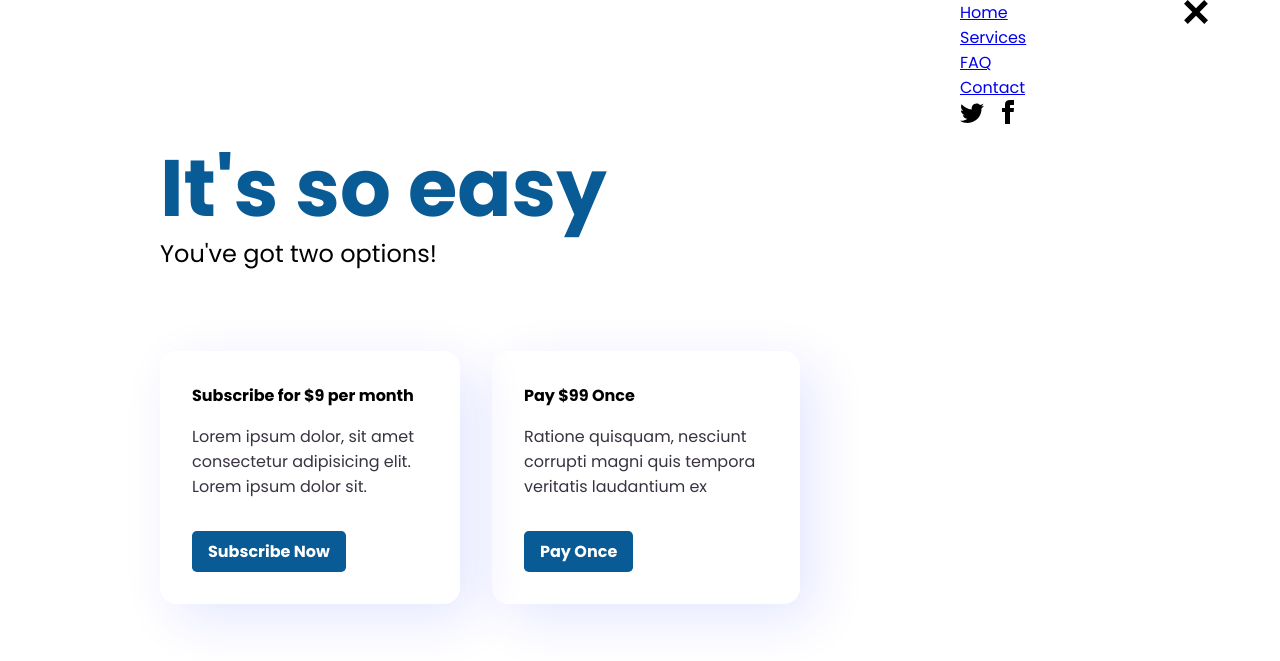
Repository: Hyperion72R/Animated-Navigation
Page: index.html
These files come from the project's save history. The page is drawn as it stood at one moment and after the next save; the edit follows.
The browser window is 1280 px wide. The pictures show the whole page.
The style sheet was rebuilt from its Sass, Less or Tailwind sources for each picture, by a compiler version that may differ from the author's.

Above is the page before, as saved 2021-08-29 00:08:41.

### index.html
<!DOCTYPE html>
<html lang="en">
  <head>
    <meta charset="UTF-8" />
    <meta http-equiv="X-UA-Compatible" content="IE=edge" />
    <meta name="viewport" content="width=device-width, initial-scale=1.0" />
    <title>Document</title>
    <link rel="stylesheet" href="css/main.css" />
  </head>
  <body>
    <header>
      <a href="#" class="logo">awesomeservice</a>

      <nav>
        <ul>
          <li><a href="#">Home</a></li>
          <li><a href="#">Services</a></li>
          <li><a href="#">FAQ</a></li>
          <li class="active"><a href="#">Become a member</a></li>
        </ul>
      </nav>
    </header>

    <section>
      <h1>Go Big or Go Home</h1>
    </section>

    <div class="overlay">
      <div class="left">
        <h2>It's so easy</h2>
        <p class="subhead">You've got two options!</p>

        <div class="cards">
          <div class="card">
            <strong>Subscribe for $9 per month</strong>
            <p>
              Lorem ipsum dolor, sit amet consectetur adipisicing elit. Lorem
              ipsum dolor sit.
            </p>
            <a href="#" class="cta">Subscribe Now</a>
          </div>

          <div class="card">
            <strong>Pay $99 Once</strong>
            <p>
              Ratione quisquam, nesciunt corrupti magni quis tempora veritatis
              laudantium ex
            </p>
            <a href="#" class="cta pay-once">Pay Once</a>
          </div>
        </div>
      </div>

      <div class="middle">
        <ul class="secondary">
          <li><a href="#">Home</a></li>
          <li><a href="#">Services</a></li>
          <li><a href="#">FAQ</a></li>
          <li><a href="#">Contact</a></li>
        </ul>

        <div class="social-nav">
          <a href="" class="twitter"
            ><svg
              xmlns="http://www.w3.org/2000/svg"
              width="32"
              height="32"
              viewBox="0 -1.15 32 32"
            >
              <path
                d="M24 4.557c-.883.392-1.832.656-2.828.775 1.017-.609 1.798-1.574 2.165-2.724-.951.564-2.005.974-3.127 1.195-.897-.957-2.178-1.555-3.594-1.555-3.179 0-5.515 2.966-4.797 6.045-4.091-.205-7.719-2.165-10.148-5.144-1.29 2.213-.669 5.108 1.523 6.574-.806-.026-1.566-.247-2.229-.616-.054 2.281 1.581 4.415 3.949 4.89-.693.188-1.452.232-2.224.084.626 1.956 2.444 3.379 4.6 3.419-2.07 1.623-4.678 2.348-7.29 2.04 2.179 1.397 4.768 2.212 7.548 2.212 9.142 0 14.307-7.721 13.995-14.646.962-.695 1.797-1.562 2.457-2.549z"
              /></svg
          ></a>
          <a href="" class="facebook"
            ><svg
              xmlns="http://www.w3.org/2000/svg"
              width="32"
              height="32"
              viewBox="0 0 32 32"
            >
              <path
                d="M9 8h-3v4h3v12h5v-12h3.642l.358-4h-4v-1.667c0-.955.192-1.333 1.115-1.333h2.885v-5h-3.808c-3.596 0-5.192 1.583-5.192 4.615v3.385z"
              /></svg
          ></a>
        </div>
      </div>

      <div class="right">
        <svg
          class="exit"
          xmlns="http://www.w3.org/2000/svg"
          width="58"
          height="58"
          viewBox="0 0 58 58"
        >
          <path
            d="M24 20.188l-8.315-8.209 8.2-8.282-3.697-3.697-8.212 8.318-8.31-8.203-3.666 3.666 8.321 8.24-8.206 8.313 3.666 3.666 8.237-8.318 8.285 8.203z"
          />
        </svg>
      </div>
    </div>
  </body>
</html>

### css/main.scss
@import url("https://fonts.googleapis.com/css2?family=Poppins:ital,wght@0,400;0,500;0,600;0,700;0,800;0,900;1,400;1,500;1,600;1,700;1,800;1,900&display=swap");

*,
*:before,
*::after {
  box-sizing: border-box;
}

body::after {
  content: "";
  display: block;
  width: 100%;
  //   height: 108%;
  height: 100%;
  //   background-color: rgba(51, 51, 51, 0.5);
  background: rgba(38, 73, 91, 0.8);

  position: absolute;
  top: 0;
  left: 0;
  right: 0;
  bottom: 0;
  z-index: -10;
}

body {
  height: 100vh;
  //   background: #8000ff url("../assets/images/bg.jpg");
  //   background: linear-gradient(rgba(4, 230, 168, 0.8), rgba(44, 189, 230, 0.8)),
  //     url("../assets/images/bg.jpg");
  background: url("../assets/images/bg.jpg");
  //   object-fit: scale-down;
  background-size: cover;
  color: white;
  font-family: "Poppins";
  margin: 0;
  //   background-position: center;
  //   padding: 0;
  //   overflow: hidden;
  background-repeat: no-repeat;
}

ul {
  list-style-type: none;
  margin: 0;
  padding: 0;
}

section,
header {
  width: 70%;
  margin: 0 auto;
}

// .social-nav,
// .right {
//   display: none;
// }

header {
  display: flex;
  justify-content: space-between;
  align-items: center;

  a {
    color: white;
    text-decoration: none;
    padding: 2em;
  }

  a.logo {
    font-weight: bold;
    font-size: 1.25rem;
    padding: 0;
  }

  nav ul {
    display: flex;

    a {
      padding: 2.5em 1.5em;
      display: block;
    }

    li.active a {
      font-weight: bold;
      background: white;
      color: black;
      margin-left: 2em;
      padding: 2.5em;
    }
  }
}

h1 {
  font-size: 4rem;
  width: 40%;
  line-height: 5rem;
  // margin-left: 1.2em;
  margin-left: 2em;
  margin-top: 2.8em;
  // margin-top: 1.4em;
}

//  Overlay

.overlay {
  position: fixed;
  height: 100vh;
  background: white;
  top: 0;
  left: 0;
  width: 100%;
  display: grid;
  grid-template-columns: 75% auto 6em;
}

.left,
.right,
.middle {
  height: 100vh;
}

h2 {
  color: #085b95;
  font-size: 5rem;
  margin: 0;
}

.left {
  padding: 8em 10em;

  p.subhead {
    color: black;
    font-size: 1.5rem;
    margin-top: -0.5em;
  }
}

.cards {
  display: flex;
  margin-top: 5em;

  .card {
    padding: 2em;
    box-shadow: 15px 15px 53px rgba(0, 38, 255, 0.11);
    border-radius: 1em;
    // margin-right: 2em;

    strong {
      color: black;
    }

    p {
      color: #393241;
    }

    &:nth-of-type(2) {
      margin-left: 2em;
    }

    .cta {
      padding: 0.5em 1em;
      border-radius: 0.3em;
      text-decoration: none;
      background: #085b95;
      margin-top: 1em;
      display: inline-block;
      color: white;
      font-weight: bold;
    }
  }
}

After the next save:
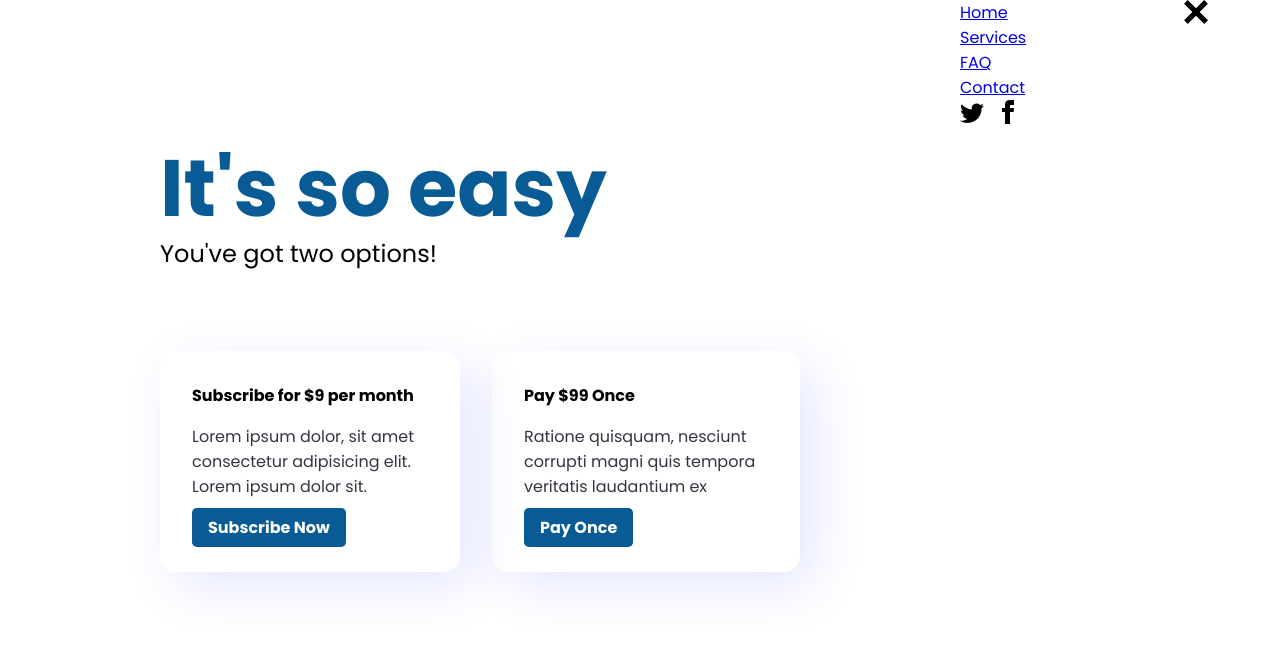
Saved 8 s later.
--- a/css/main.scss
+++ b/css/main.scss
@@ -165,7 +165,7 @@
       text-decoration: none;
       background: #085b95;
       margin-top: 1em;
-      display: inline-block;
+      // display: inline-block;
       color: white;
       font-weight: bold;
     }

After the 3 saves that followed:
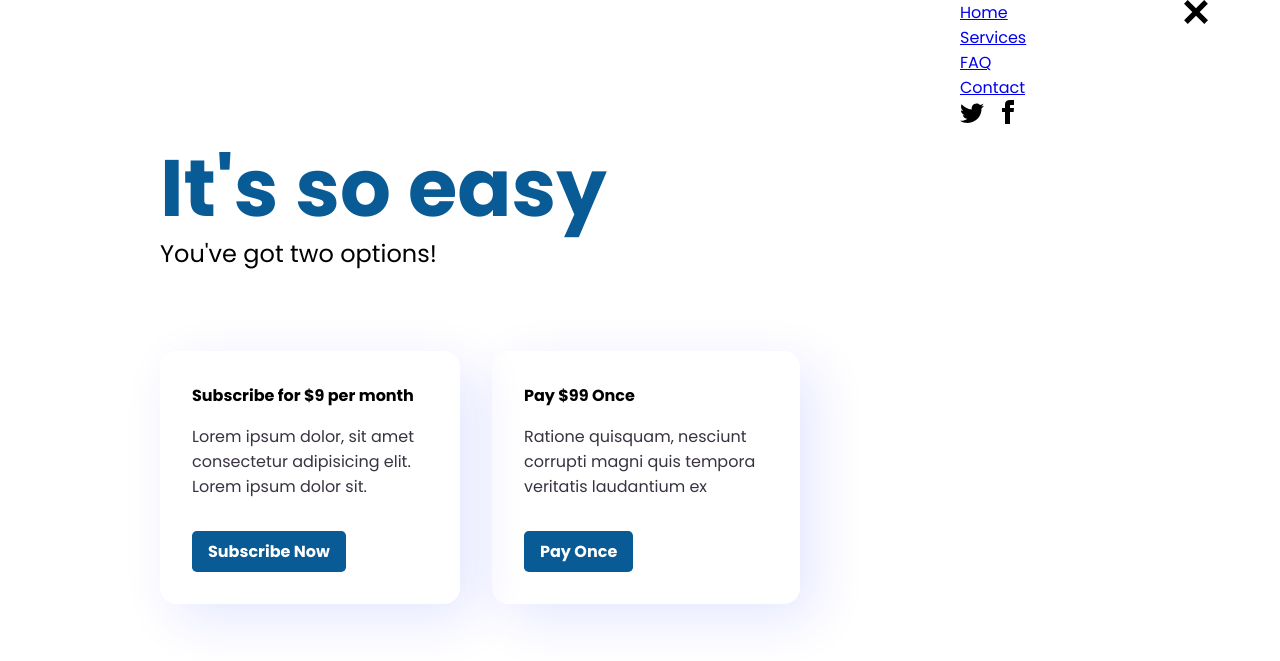
The 3 saves are shown as one change because 1 left the picture as it was and some came seconds apart.
The last was saved 15 s later.
--- a/css/main.scss
+++ b/css/main.scss
@@ -165,7 +165,7 @@
       text-decoration: none;
       background: #085b95;
       margin-top: 1em;
-      // display: inline-block;
+      display: inline-block;
       color: white;
       font-weight: bold;
     }
